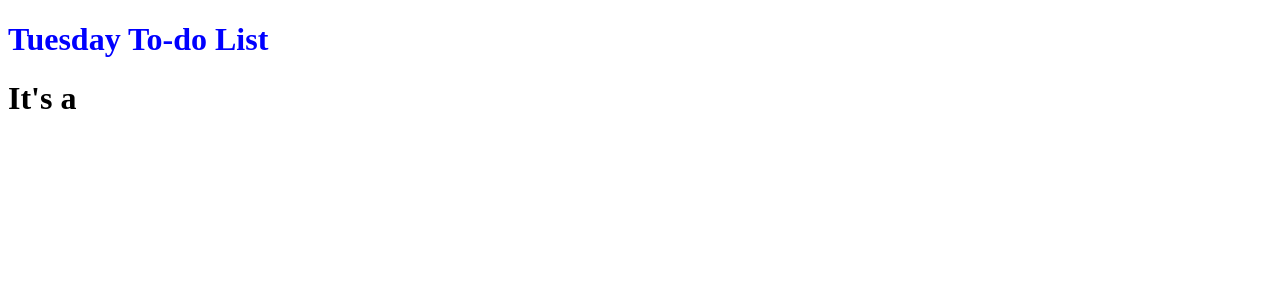
Repository: thecoachanna/todolist-v1
Page: http://localhost/
The author's editor kept a copy of each file at every save. The page is drawn from the files as they stood at one save, then again after a run of saves.
The browser window is 1280 px wide. The pictures show the whole page.
The page is served by the project's Node server (app.js).

Above is the page before, as saved 2023-05-09 07:05:39.

### views/list.ejs
<!DOCTYPE html>
<html lang="en">

<head>
    <meta charset="UTF-8">
    <meta http-equiv="X-UA-Compatible" content="IE=edge">
    <meta name="viewport" content="width=device-width, initial-scale=1.0">
    <title>To-do List</title>
</head>

<body>
    <% if (kindOfDay === 'Thursday') { %>
        <h1 style='color: purple'>
            <%= kindOfDay %> To-do List
        </h1>
        <% } else { %>
        <h1 style='color: blue'>
            <%= kindOfDay %> To-do List
        </h1>
        <%}%>
            <h1>It's a
</body>

</html>

### app.js
const express = require("express");
const bodyParser = require("body-parser");
const port = 3000

const app = express();

app.set('view engine', 'ejs');

app.get("/", (req, res) => {
  var today = new Date();
  var currentDay = today.getDay();
  var day = "";

  switch (currentDay) {
    case 0:
      day = "Sunday";
      break;
    case 1:
      day = "Monday";
      break;
    case 2:
      day = "Tuesday";
      break;
    case 3:
      day = "Wednesday";
      break;
    case 4:
      day = "Thursday";
      break;
    case 5:
      day = "Friday";
      break;
    case 6:
      day = "Saturday";
      break;
    default:
      console.log(`Error: current day is equal to ${currentDay}`);
  }

  res.render("list", { kindOfDay: day });
});

app.listen(port, () => {
  console.log("Connected to server!");
});

After the next 3 saves:
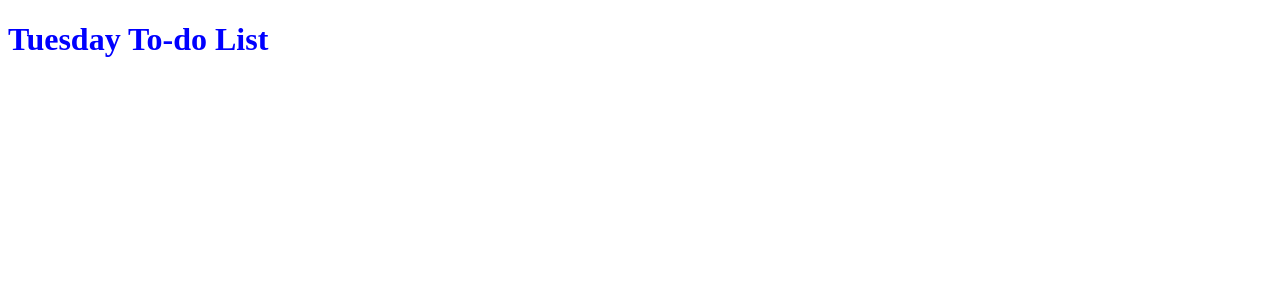
The 3 saves are shown as one change because they came seconds apart.
The last was saved 17 s later.
--- a/views/list.ejs
+++ b/views/list.ejs
@@ -17,8 +17,7 @@
         <h1 style='color: blue'>
             <%= kindOfDay %> To-do List
         </h1>
-        <%}%>
-            <h1>It's a
+        <% } %>
 </body>
 
 </html>
